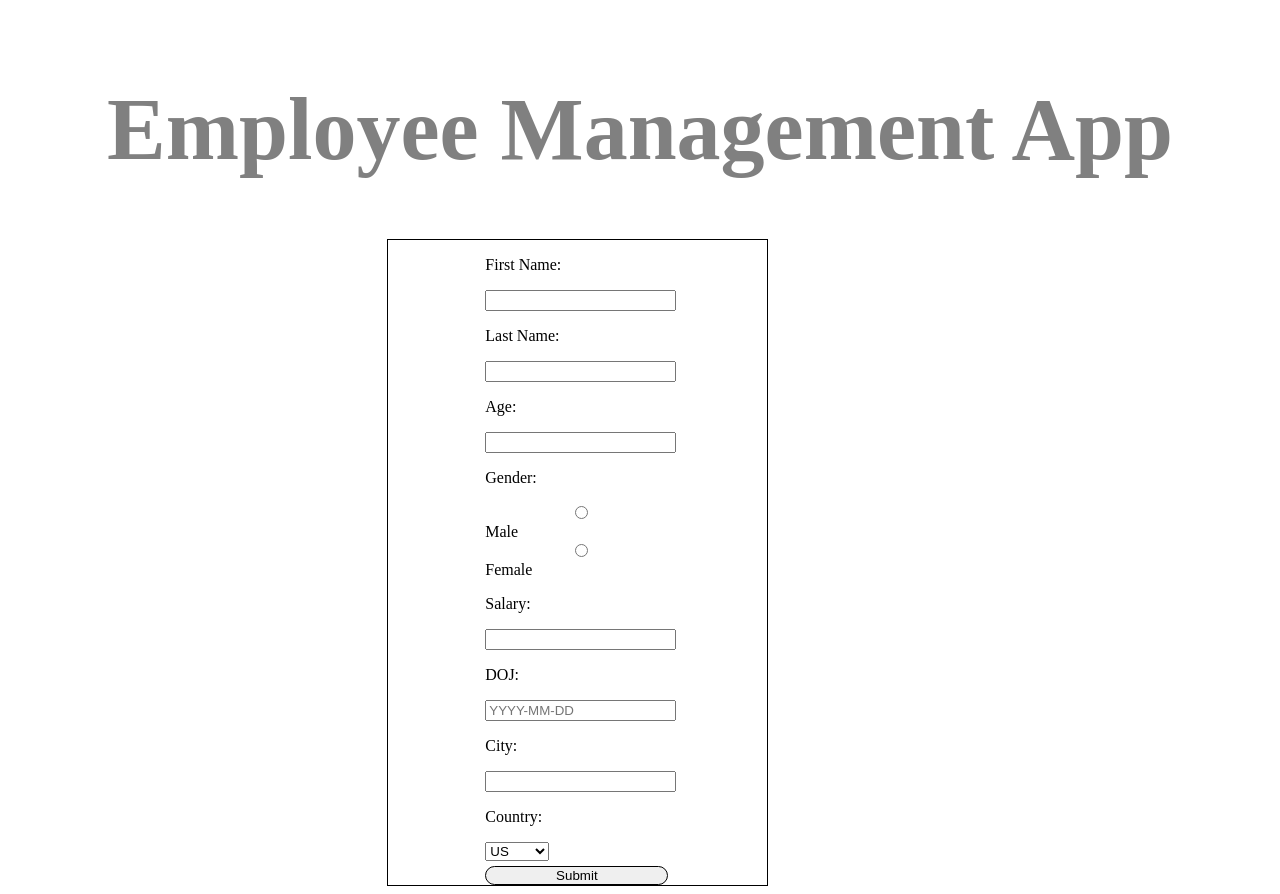
Repository: SaumyaGuptaTechnokrat/Employee_management
Page: http://localhost/Employee/index.jsp
The author's editor kept a copy of each file at every save. The page is drawn from the files as they stood at one save, then again after the next save.
The browser window is 1280 px wide. The pictures show the whole page.
The page is served by Tomcat 9.

Above is the page before, as saved 2023-02-10 17:44:02.

After the next save:
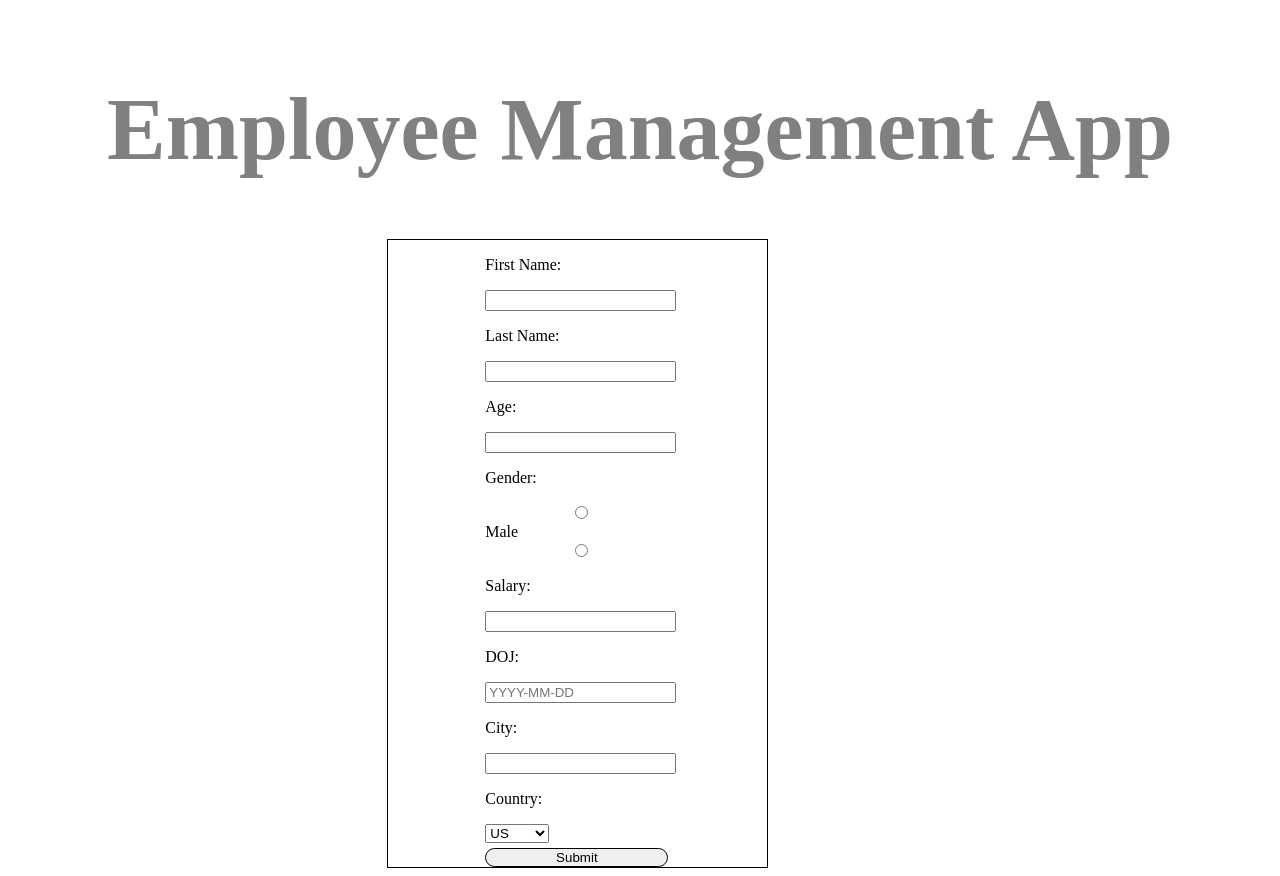
Saved 39 s later.
--- a/Employee/src/main/webapp/index.jsp
+++ b/Employee/src/main/webapp/index.jsp
@@ -16,7 +16,7 @@
 		<p>Last Name:</p><input name="lName" type="text"><br>
 		<p>Age:</p><input name="age" type="number"><br>
 		<p>Gender:</p><input name="Gender" type="radio" value="M">Male
-		<input type="radio" name="Gender" value="F">Female<br>
+		<input type="radio" name="Gender" value="F"><br>
 		<p>Salary:</p><input name="salary" type="text"><br>
 		<p>DOJ:</p><input name="Doj" placeholder="YYYY-MM-DD" type="text"><br>
 		<p>City:</p><input name="City" type="text"><br>
